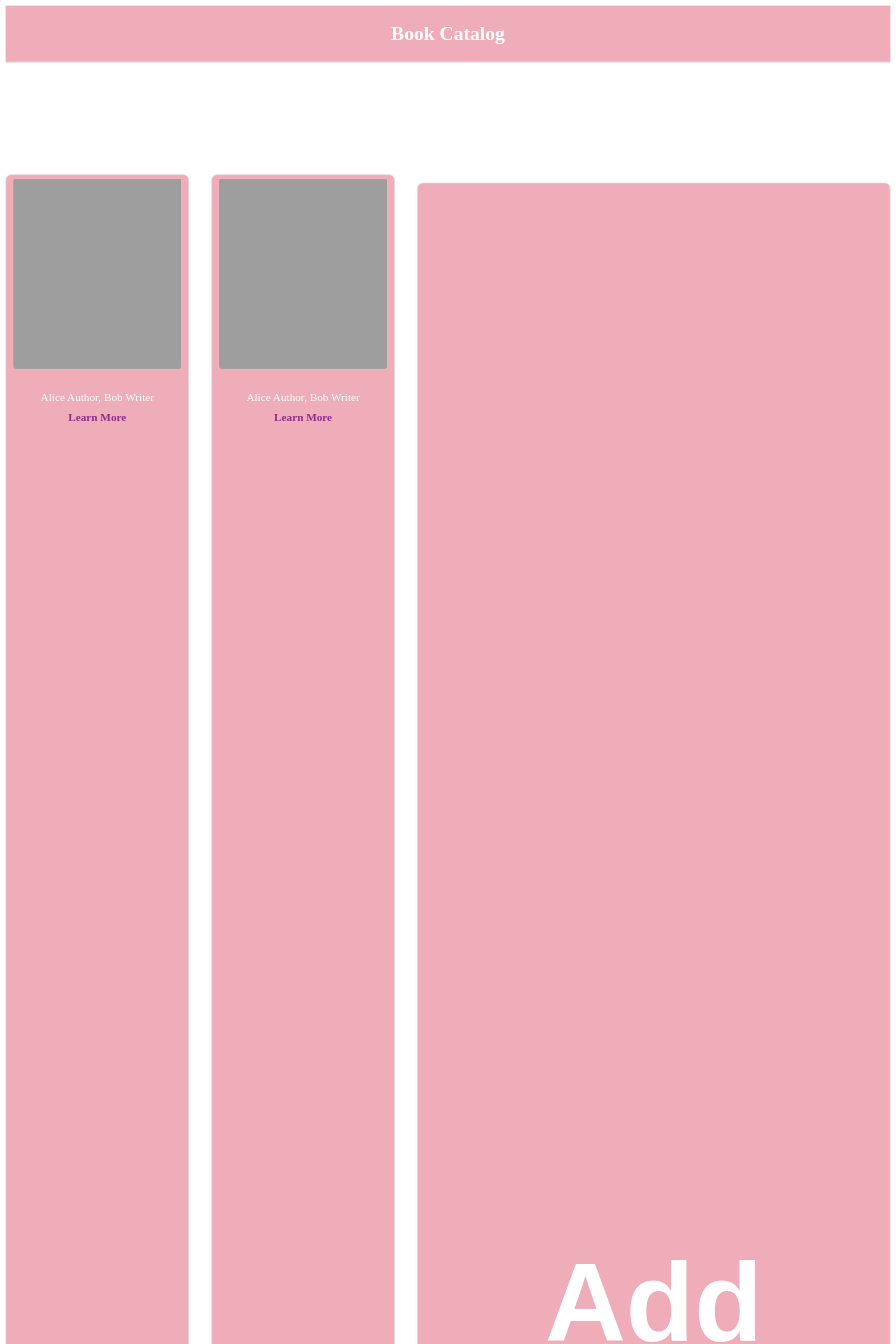
Repository: Micaelavalmores/BookCatalog
Page: /
An editor plug-in stored every save of this project. The page is shown before and after the next save, followed by the edit.
The browser window is 1280 px wide. The pictures show the part of the page from y = 0 to 1920 px (the page is 3481 px tall before and 921 px after), at 70% of full size.
Pictures or frames that could not be fetched are drawn as grey boxes. The project was rebuilt for these pictures with package versions that can differ from the ones it lists, and the page was loaded fresh each time. Also part of the build but not shown: vite.config.js.

Above is the page before, as saved 2025-09-16 23:13:25.

### index.html
<!doctype html>
<html lang="en">
  <head>
    <meta charset="UTF-8" />
    <meta name="viewport" content="width=device-width, initial-scale=1.0" />
    <title>Book Catalog</title>
  </head>
  <body>
    <div id="root"></div>
    <script type="module" src="/src/main.jsx"></script>
  </body>
</html>

### src/main.jsx
import React from 'react';
import { createRoot } from 'react-dom/client';
import './index.css';
import Book from './assets/book.jsx';
import HeaderComponent from "./assets/HeaderComponent.jsx";
import AddComponent from "./assets/AddComponent.jsx";

const root = createRoot(document.getElementById("root"));

root.render(
  <React.StrictMode>
    <HeaderComponent />
    <div class="books">
      <Book class="book1"
        image="https://img.freepik.com/free-vector/stack-colorful-books_1308-171744.jpg?semt=ais_incoming&w=740&q=80"
        authors="Alice Author, Bob Writer"
        link="https://example.com/book-info"
      />
      <Book class="book2"
        image="https://img.freepik.com/free-vector/stack-colorful-books_1308-171744.jpg?semt=ais_incoming&w=740&q=80"
        authors="Alice Author, Bob Writer"
        link="https://example.com/book-info"
      />
      <AddComponent />
    </div>
  </React.StrictMode>
);

### src/index.css
.books {
  display: flex;
  gap: 2em;
  justify-content: center;
}

### src/assets/book.jsx

import React from "react";
import "./book.css";

const book = ({ image, title, authors, link }) => (
  <div className="book-container">
    <img className="book-image" src={image} alt={title} />
    <div className="book-info">
      <h2 className="book-title">{title}</h2>
      <p className="book-authors">{authors}</p>
      <a className="book-link" href={link} target="_blank" rel="noopener noreferrer">
        Learn More
      </a>
    </div>
  </div>
);

export default book;

### src/assets/HeaderComponent.jsx
import React from "react";
import "./HeaderComponent.css";

const HeaderComponent = () => (
  <header className="header-container">
    <h1 className="header-title">Book Catalog</h1>
  </header>
);

export default HeaderComponent;

### src/assets/AddComponent.jsx
import React from "react";
import "./AddComponent.css";

const AddComponent = () => {
  const handleClick = () => {
    alert("Add button clicked");
  };

  return (
    <button className="add-button" onClick={handleClick} type="button">
      Add
    </button>
  );
};

export default AddComponent;

### src/assets/book.css
.book-container {
    max-width: 15em;
    border: 1px solid #ddd;
    border-radius: 8px;
    padding: 5px 10px;
    display: flex;
    flex-direction: column;
    align-items: center;
    background: #fff;
    box-shadow: 0 2px 8px rgba(0,0,0,0.05);
    background: rgb(238, 173, 184);
  }

  .book-image {
    width: 15em;
    height: 17em;
    object-fit: cover;
    margin-bottom: 12px;
    border-radius: 4px;
  }

  .book-info {
    width: 100%;
    text-align: center;
  }


  .book-authors {
    color: #ffffff;
    margin-bottom: 10px;
  }

  .book-link {
    display: inline-block;
    color: #902c8e;
    text-decoration: none;
    font-weight: bold;
    transition: color 0.2s;
  }

  .book-link:hover {
    color: #0056b3;
  }

### src/assets/HeaderComponent.css
.header-container {
    display: flex;
    justify-content: center;
    align-items: center;
    height: 80px;
    background-color: rgb(238, 173, 184);
    border-bottom: 1px solid #ddd;
    margin-bottom: 10em;
  }

  .header-title {
    font-size: 28px;
    font-weight: bold;
    color: #ffffff;
    margin: 0;
  }

### src/assets/AddComponent.css
.add-button {
    padding: 12px 24px;
    width: 15em;
    height: 20em;
    font-size: 10em;
    background-color: rgb(238, 173, 184);
    border: 1px solid #ddd;
    border-radius: 8px;
    color: white;
    cursor: pointer;
    box-shadow: 0 2px 8px rgba(0,0,0,0.05);
    transition: background-color 0.2s ease, box-shadow 0.2s ease;
    display: inline-block;
    margin: 12px 0;
    font-weight: bold;
  }

  .add-button:hover {
    background-color: #0056b3;
    box-shadow: 0 4px 12px rgba(0,0,0,0.1);
  }

  .add-button:focus {
    outline: 2px solid #0056b3;
    outline-offset: 2px;
  }

After the next save:
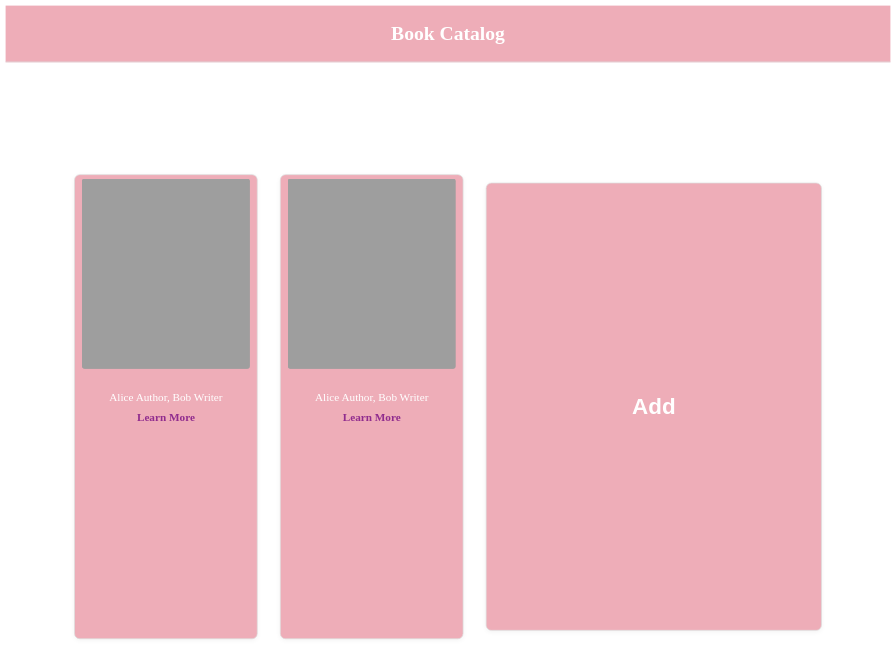
Saved 7 s later.
--- a/src/assets/AddComponent.css
+++ b/src/assets/AddComponent.css
@@ -2,7 +2,7 @@
     padding: 12px 24px;
     width: 15em;
     height: 20em;
-    font-size: 10em;
+    font-size: 2em;
     background-color: rgb(238, 173, 184);
     border: 1px solid #ddd;
     border-radius: 8px;
